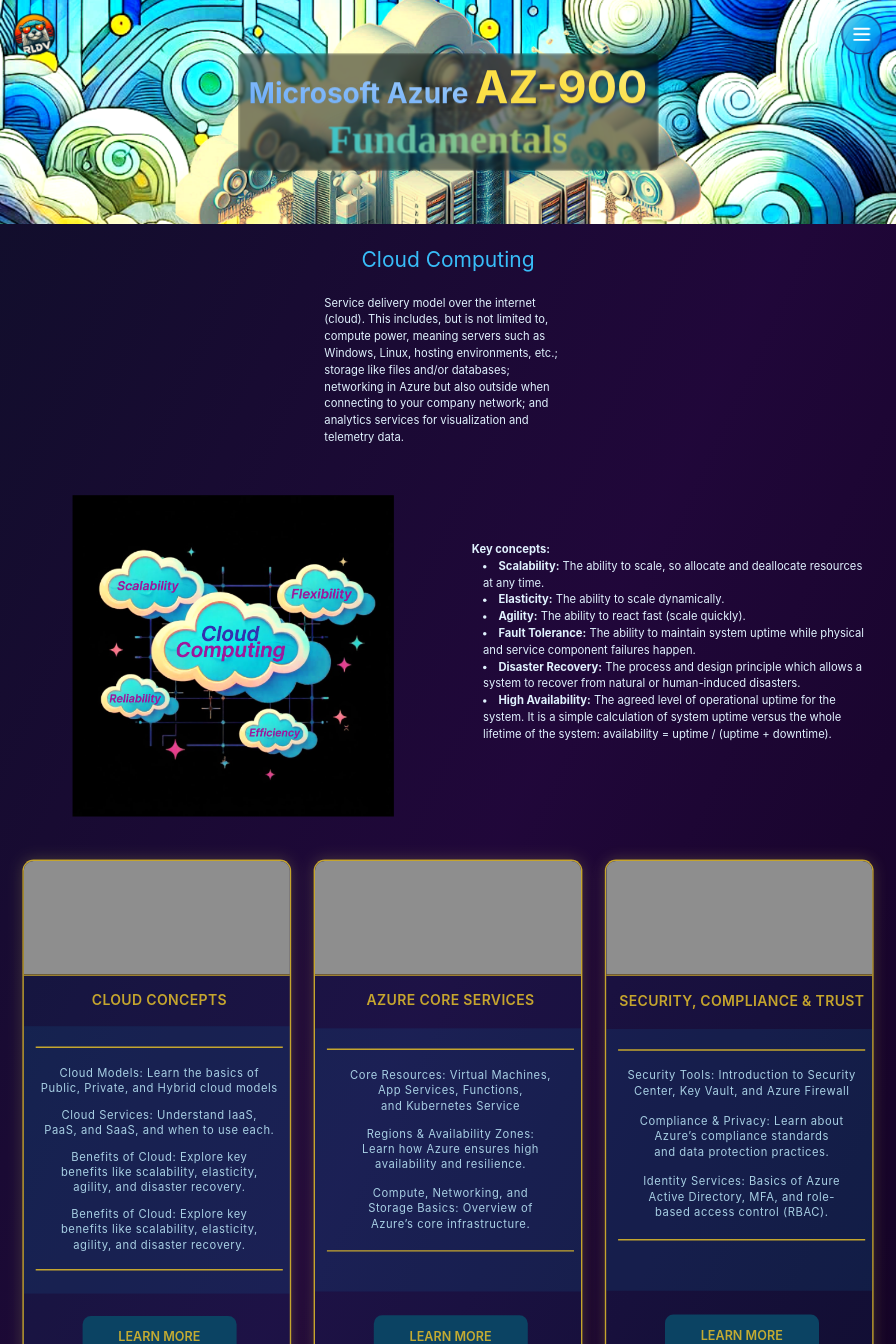
Repository: Freezler/az-900_svelte5
Page: /
The author's editor kept a copy of each file at every save. The page is drawn from the files as they stood at one save, then again after the next save.
The browser window is 1280 px wide. The pictures show the part of the page from y = 0 to 1920 px (the page is 2706 px tall), at 70% of full size.
Pictures or frames that could not be fetched are drawn as grey boxes. The project was rebuilt for these pictures with package versions that can differ from the ones it lists, and the page was loaded fresh each time. The framework's server and built-in components were replaced by stand-ins that run in the browser. Also part of the build but not shown: vite.config.ts.

Above is the page before, as saved 2024-11-10 10:59:55.

After the next save:
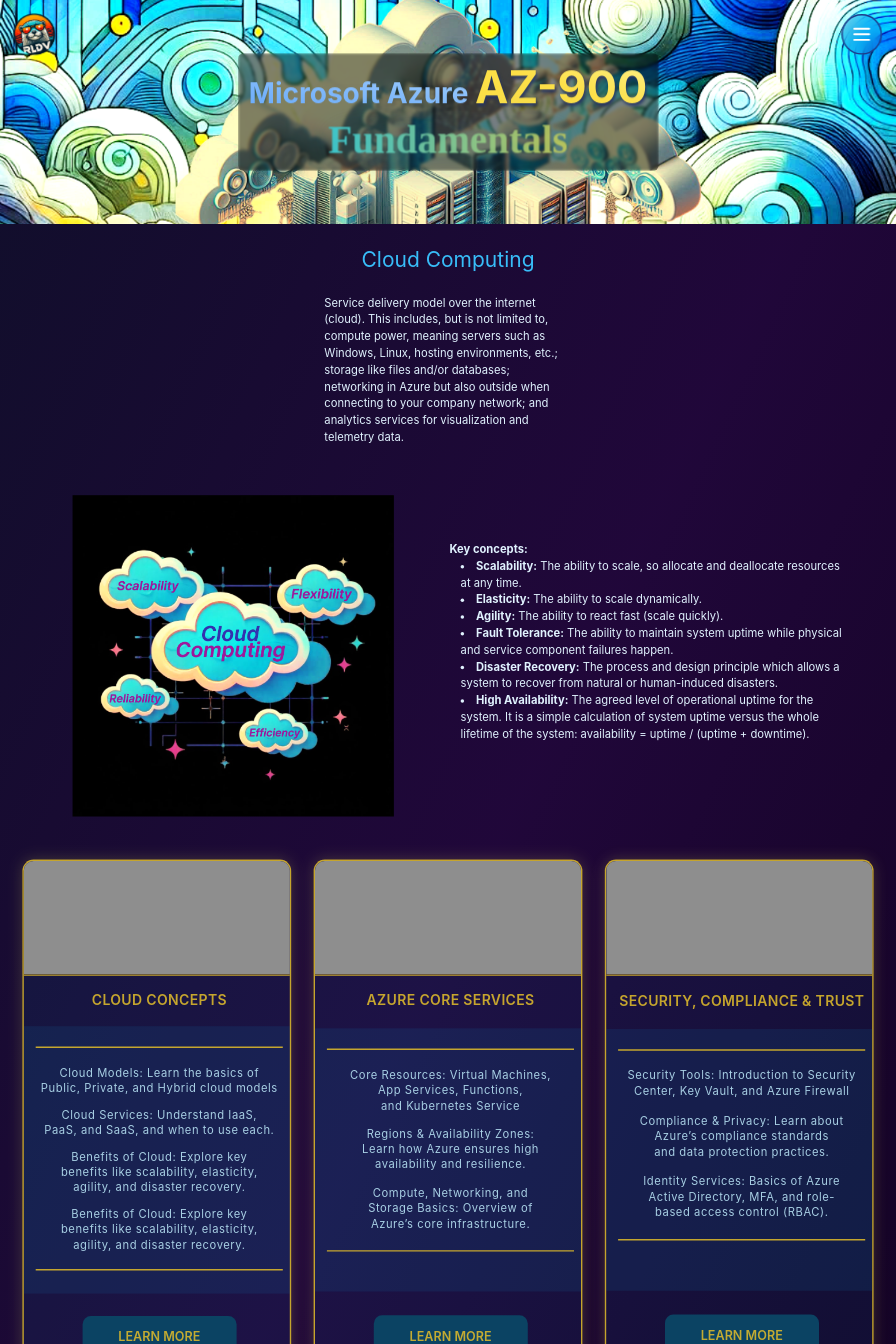
Saved 4 s later.
--- a/src/components/ComputingArticle.svelte
+++ b/src/components/ComputingArticle.svelte
@@ -17,7 +17,7 @@
 		class=" w-full md:w-[672px]  mx-auto rounded-2xl overflow-hidden  pr-12 -mt-8 drop-shadow-[(0_0px_22px_rgba(255,255,99,0.2))] "
 	/>
 	<article
-		class=" text-sky-100 px-0 py-0 w-[572px] md: rounded-xl "
+		class=" text-sky-100 px-0 py-0 w-[572px] md:mr-16 rounded-xl "
 	>
 		<p><strong>Key concepts:</strong></p>
 		<ul class="list-inside list-disc pl-4">
